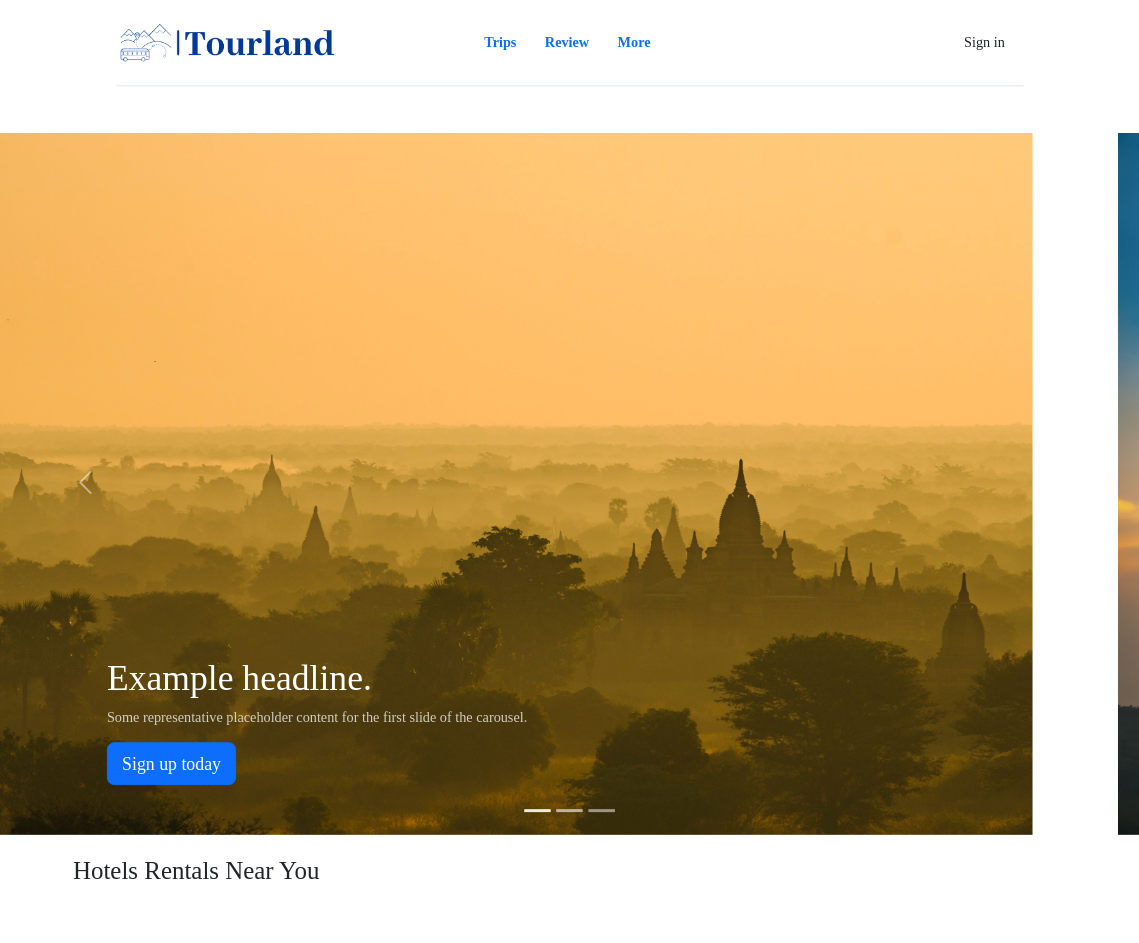
Repository: nyeinsu4520/tourland
Page: http://localhost/card
These files come from the project's save history. The page is drawn as it stood at one moment and after the next save; the edit follows.
The browser window is 1280 px wide. The pictures show the whole page, at 89% of full size.
Some web fonts or font styles are not loaded; a fallback is used. The page is this project's Thymeleaf template; nobody is signed in. The template is opened directly, without the code that normally fills it, so the values that code supplies are empty.

Above is the page before, as saved 2024-06-01 05:24:21.

After the next save:
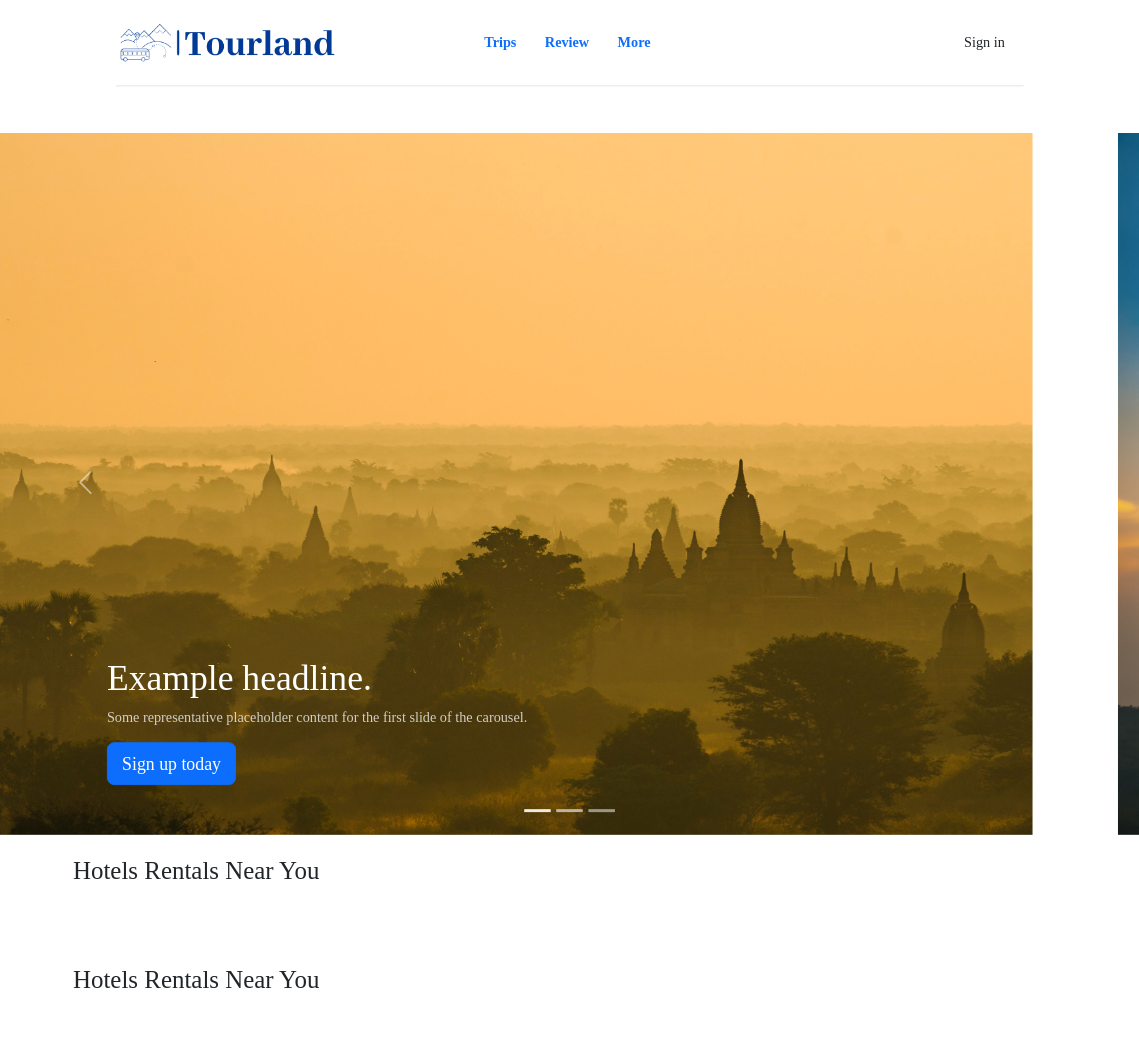
Saved 26 s later.
--- a/Tourland/src/main/resources/templates/card.html
+++ b/Tourland/src/main/resources/templates/card.html
@@ -127,7 +127,6 @@
       </button>
 	</div>
 
-
 	<div class="container mt-4">
 	<h3>Hotels Rentals Near You</h3>
 
@@ -164,6 +163,45 @@
 
 
 
+
+
+
+	<div class="container mt-4">
+	<h3>Hotels Rentals Near You</h3>
+
+	</div>
+	<div id="cardCarousel" class="carousel slide mt-3 pt-5" data-bs-ride="carousel">
+    <div class="carousel-inner">
+        <div class="carousel-item active">
+            <div class="container">
+                <div class="row">
+                    <div th:each="card, iterStat : ${cardlist}" class="col-sm-6 col-md-4 col-lg-3 mb-4" th:if="${iterStat.index < 4}">
+                        <div class="card">
+                            <td><img width="260px" height="180px" th:src="@{uploads/cards/{id}/{imageName} (id=${card.id},imageName=${card.image})}" /></td>
+                            <div class="card-body">
+                                <h5 class="card-title" th:text="${card.title}"></h5>
+                                <p class="card-text" th:text="${card.description}"></p>
+                            </div>
+                        </div>
+
+                    </div>
+                </div>
+            </div>
+        </div>
+    </div>
+    <!-- Arrow buttons -->
+    <button class="carousel-control-prev" type="button" data-bs-target="#cardCarousel" data-bs-slide="prev">
+        <span class="carousel-control-prev-icon" aria-hidden="true"></span>
+        <span class="visually-hidden">Previous</span>
+    </button>
+    <button class="carousel-control-next" type="button" data-bs-target="#cardCarousel" data-bs-slide="next">
+        <span class="carousel-control-next-icon" aria-hidden="true"></span>
+        <span class="visually-hidden">Next</span>
+    </button>
+</div>
+
+
+
 <script>
     $(document).ready(function(){
         $('#cardCarousel').carousel();
